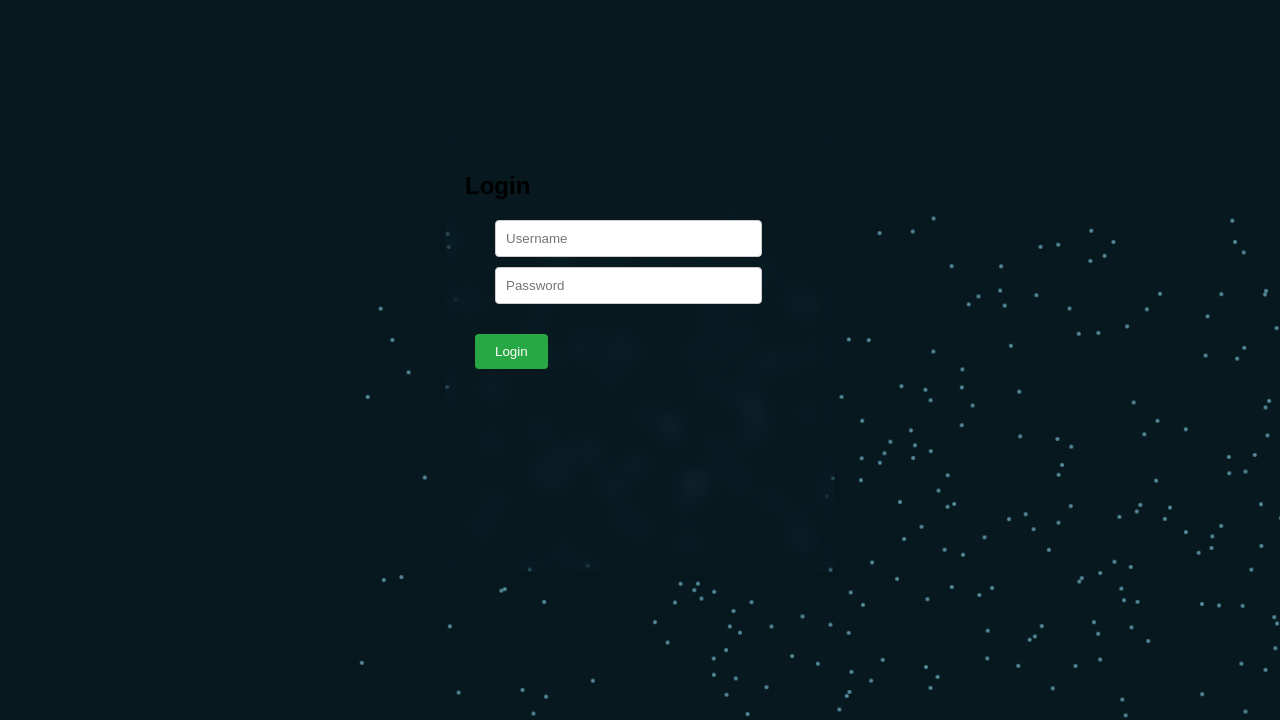
Repository: Anadi-Chauhan/Mentorship-binarybuddy
Page: login.html
These files come from the project's save history. The page is drawn as it stood at one moment and after the next save; the edit follows.
The browser window is 1280 px wide. The pictures show the whole page.

Above is the page before, as saved 2024-10-19 10:23:27.

### login.html
<!DOCTYPE html>
<html lang="en">
<head>
    <meta charset="UTF-8">
    <meta name="viewport" content="width=device-width, initial-scale=1.0">
    <title>Login Example</title>
    <link rel="stylesheet" href="stars.css">
    <link rel="stylesheet" href="login.css">
</head>
<body>
    <div id="stars"></div>
    <div class="container">
        <div id="login-form">
            <h2>Login</h2>
            <input type="text" id="username" placeholder="Username" required>
            <input type="password" id="password" placeholder="Password" required>
            <button onclick="login()">Login</button>
            <p id="login-error"></p>
        </div>

        <div id="welcome-section" style="display: none;">
            <h2>Welcome, <span id="user-name"></span>!</h2>
            <button onclick="logout()">Logout</button>
        </div>
    </div>

    <script src="stars.js" ></script>
    <script src="login.js"></script>
</body>
</html>

### stars.css
#stars {
    position: sticky;
    top: 0;
    left: 0;
    width: 100%;
    height: 100%;
}

.star {
    position: fixed;
    background: rgb(86, 140, 155);
    width: 4px;
    height: 4px;
    border-radius: 50%;
    animation: moveStar linear infinite;
}
@keyframes moveStar {
    0% {
        transform: translate(0, 0);
    }
    100% {
        transform: translate(calc(100vw * 0.5), calc(100vh * 0.5));
    }
}

### login.css
body {
    font-family: Arial, sans-serif;
    display: grid;
    justify-content: center;
    align-items: center;
    background-color: #f0f0f0;
    margin: 0;
    border: 2px solid color(srgb 0.0264 0.0958 0.1204);
    background-color: color(srgb 0.0264 0.0958 0.1204);
}

.container {
    -webkit-backdrop-filter: blur(2px);
    backdrop-filter: blur(10px);
    margin-top: 130px;
    z-index: 10;
    width: 350px;
    height: 400px;
    padding: 20px;
    border-radius: 8px;
    box-shadow: 0 0 10px rgba(0, 0, 0, 0.1);
}

input {
    display: block;
    margin: 10px 0;
    padding: 10px;
    width: 70%;
    margin-top: 10px;
    margin-left: 30px;
    border: 1px solid #ccc;
    border-radius: 4px;
}

button {
    padding: 10px 20px;
    background-color: #28a745;
    margin-top: 20px;
    margin-left: 10px;
    color: white;
    border: none;
    border-radius: 4px;
    cursor: pointer;
}

button:hover {
    background-color: #218838;
}

#error {
    color: red;
}

### stars.js
// Number of stars to create
const numStars = 600;
// Generate stars
for (let i = 0; i < numStars; i++) {
    const star = document.createElement('div');
    star.className = 'star';
    star.style.top = `${Math.random() * 100}%`;
    star.style.left = `${Math.random() * 100}%`;
    star.style.animationDuration = `${Math.random() * 5 + 5}s`; // Randomize animation duration
    star.style.animationDelay = `${Math.random() * 0}s`; // Randomize animation delay
    document.getElementById('stars').appendChild(star);
}

### login.js
// Script to handle login and logout
function login() {
    const username = document.getElementById("username").value;
    const password = document.getElementById("password").value;

    if (username === "admin" && password === "1234") {
        document.getElementById("login-form").style.display = "none";
        document.getElementById("welcome-section").style.display = "block";
        document.getElementById("user-name").textContent = username;
        document.getElementById("login-error").textContent = "";
        window.location.href = "./index.html";
    } else {
        document.getElementById("login-error").textContent = "Invalid credentials!";
    }
}

function logout() {
    document.getElementById("login-form").style.display = "block";
    document.getElementById("welcome-section").style.display = "none";
    document.getElementById("username").value = "";
    document.getElementById("password").value = "";
}

After the next save:
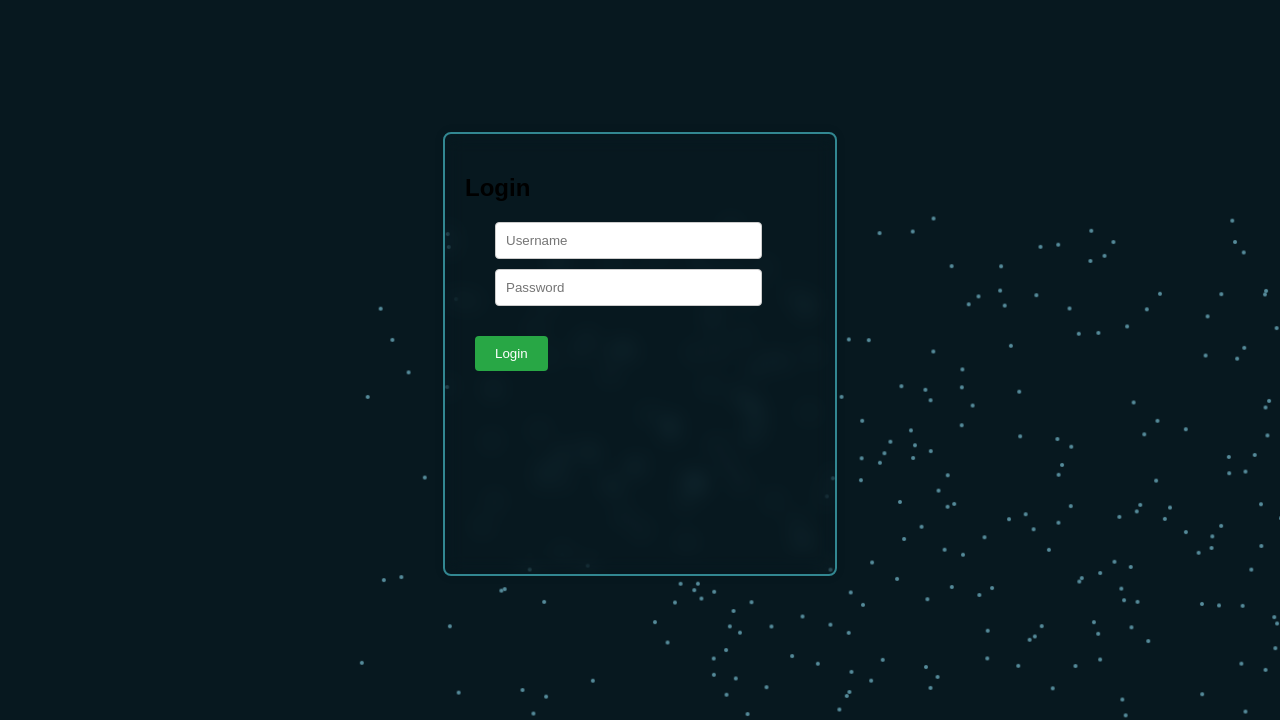
Saved 38 s later.
--- a/login.css
+++ b/login.css
@@ -12,6 +12,7 @@ body {
 .container {
     -webkit-backdrop-filter: blur(2px);
     backdrop-filter: blur(10px);
+    border: 2px solid color(srgb 0.1966 0.5303 0.57);
     margin-top: 130px;
     z-index: 10;
     width: 350px;
